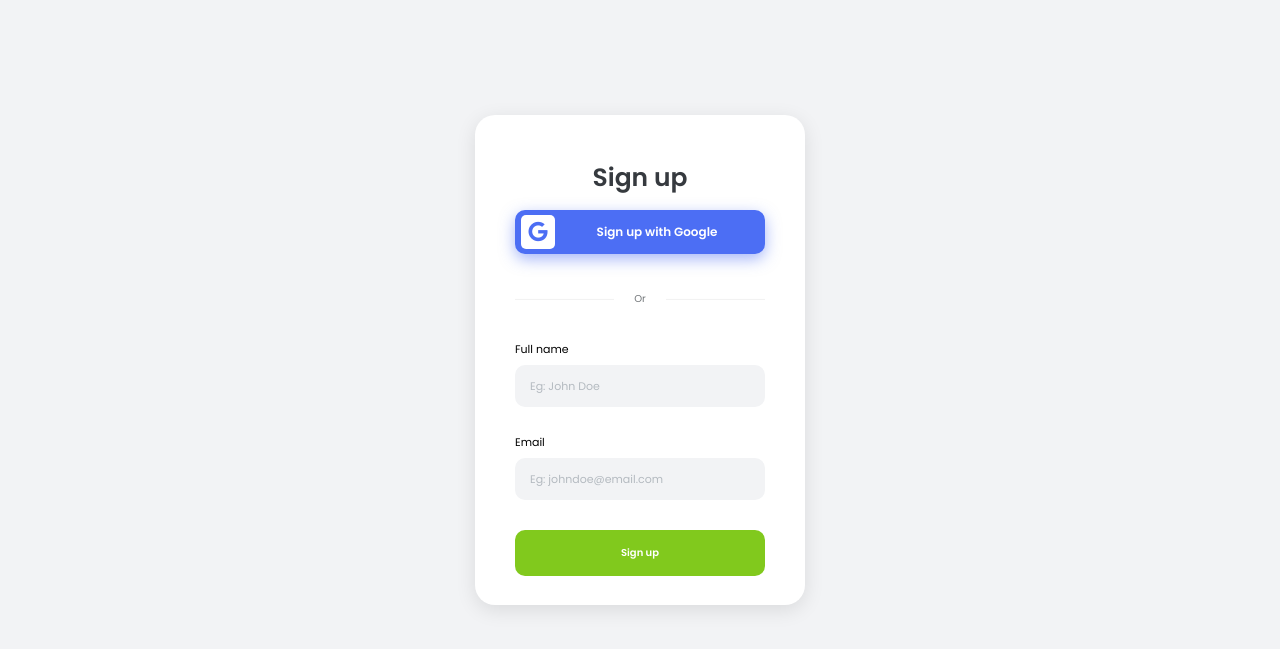
Repository: TranMinhMan040702/practice_html-css
Page: form-login/index.html
The author's editor kept a copy of each file at every save. The page is drawn from the files as they stood at one save, then again after the next save.
The browser window is 1280 px wide. The pictures show the whole page.
Some web libraries are served in a nearby version.

Above is the page before, as saved 2022-08-24 13:43:20.

After the next save:
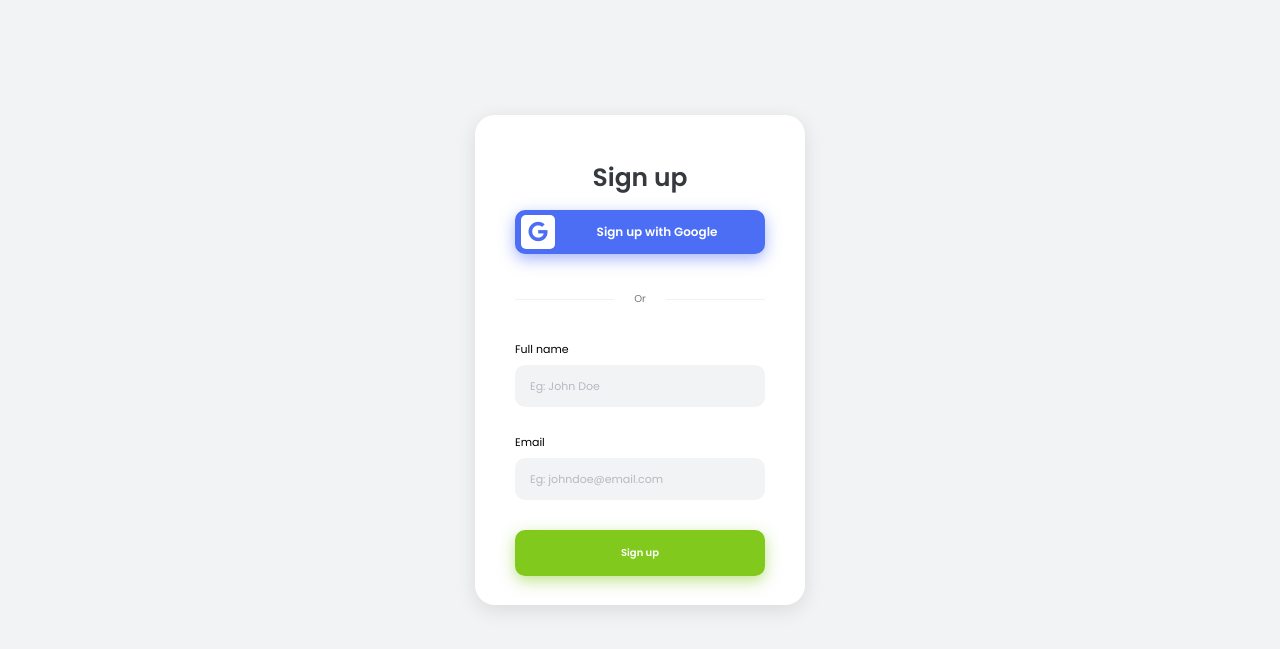
Saved 40 s later.
--- a/form-login/main.css
+++ b/form-login/main.css
@@ -132,4 +132,5 @@ body {
     border-radius: 10px;
     background-color: #81c91d;
     color: #fff;
+    box-shadow: 0px 5px 15px rgba(129,201,29, 0.5);
 }
